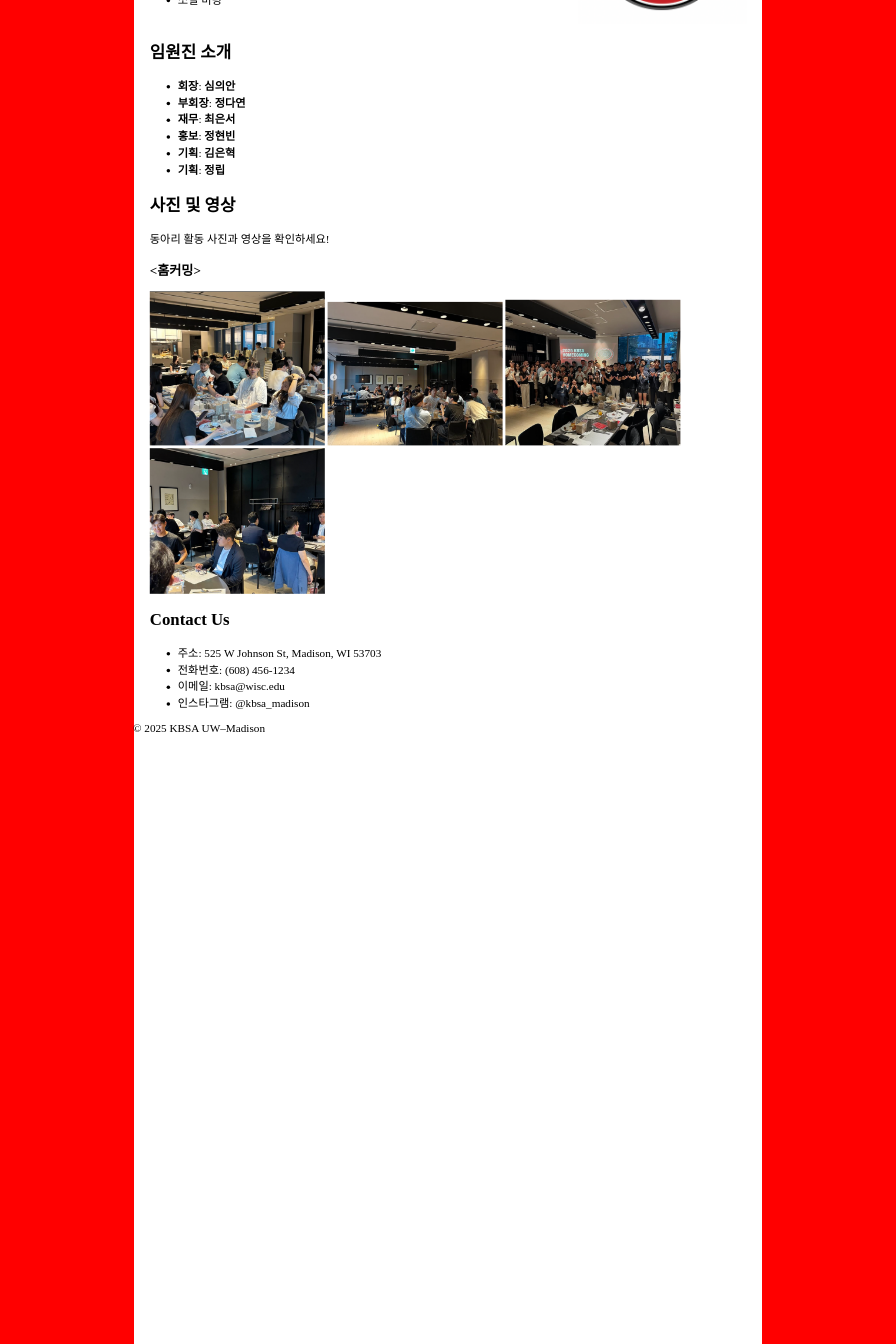
Repository: 23HarveyJi/25-Fall_chillguys
Page: website.html
An editor plug-in stored every save of this project. The page is shown before and after the next save, followed by the edit.
The browser window is 1280 px wide. The pictures show the part of the page from y = 525 to 2445 px (the page is 18019 px tall), at 70% of full size.

Above is the page before, as saved 2025-10-16 23:42:19.

After the next save:
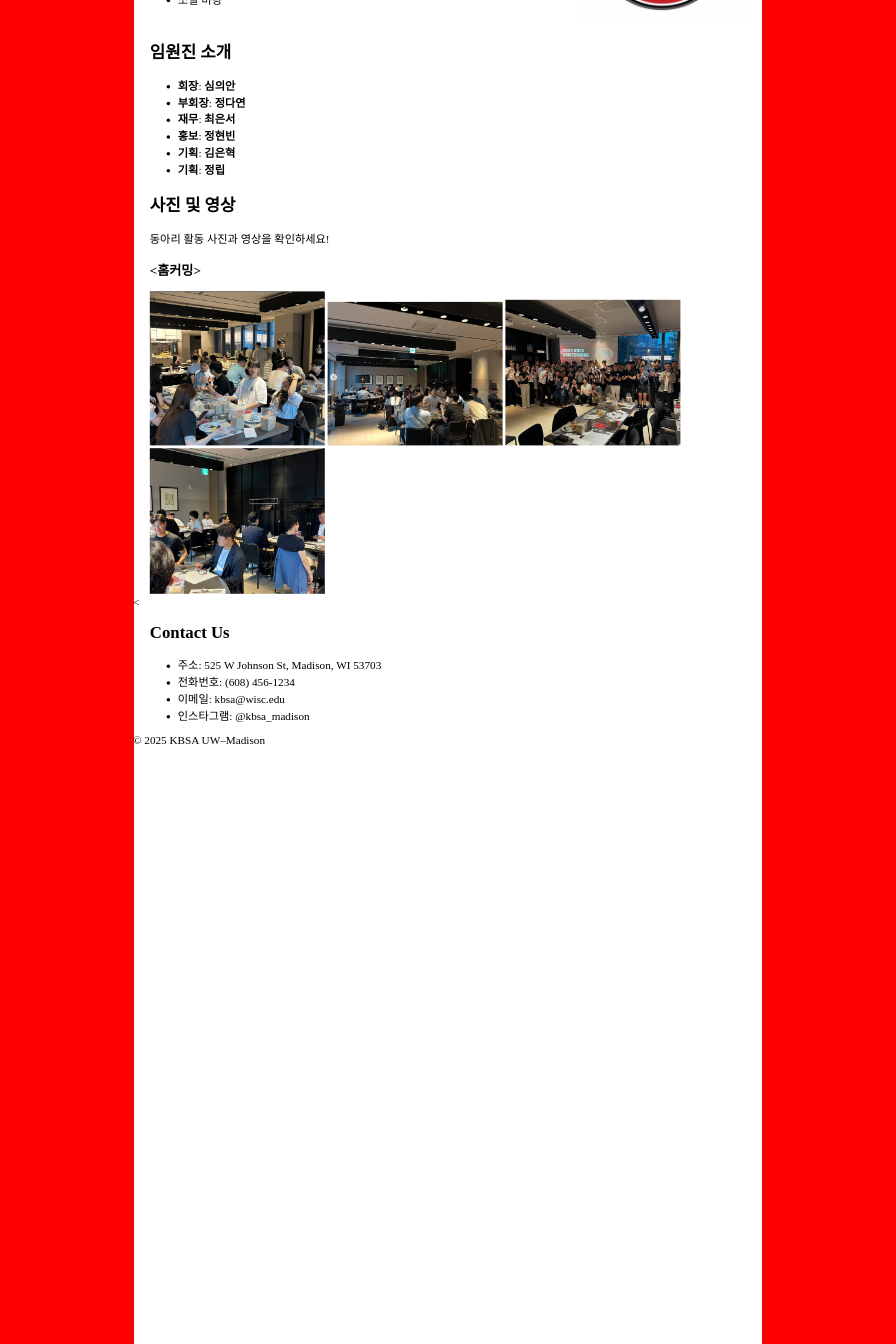
Saved 7 s later.
--- a/website.html
+++ b/website.html
@@ -85,7 +85,7 @@
       <img src="homecoming4.jpg" width="250" alt="KBSA Photos" title="KBSA Photos">
     </a>
   </div>
-  <h3></h3>
+  <</h3>
 </section>
 
 <section>
